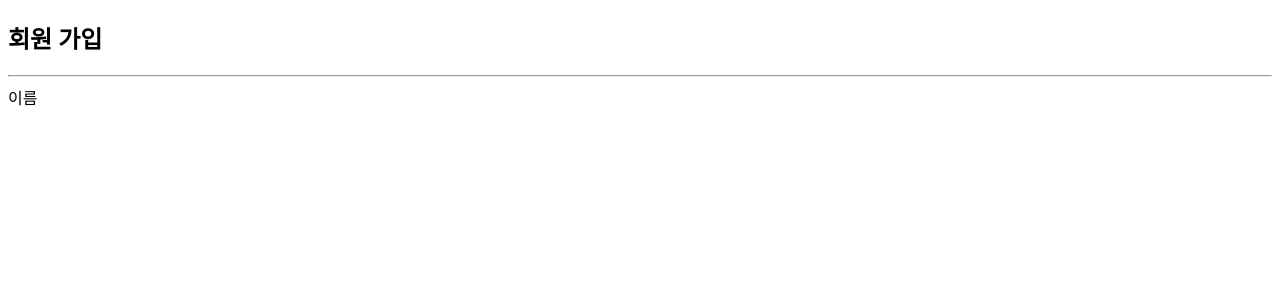
Repository: ineble/sql
Page: http://localhost/text/01/text1.jsp
These files come from the project's save history. The page is drawn as it stood at one moment and after the next save; the edit follows.
The browser window is 1280 px wide. The pictures show the whole page.
The page is served by Tomcat 9.

Above is the page before, as saved 2022-07-15 07:35:23.

After the next save:
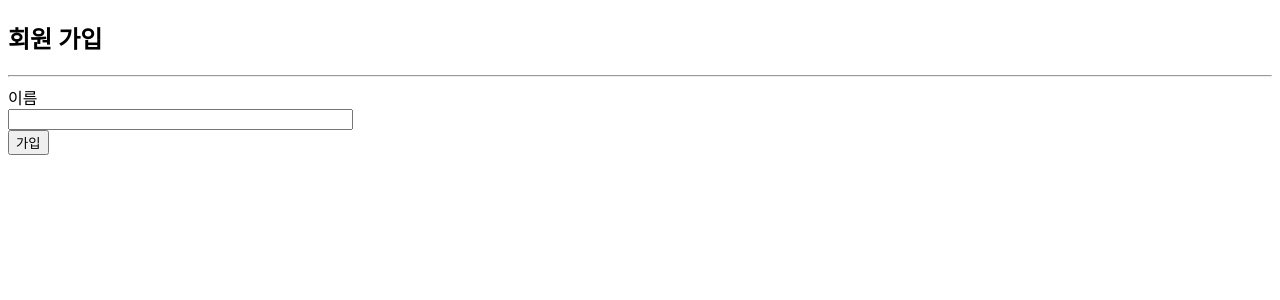
Saved 4 min 21 s later.
--- a/text/src/main/webapp/01/text1.jsp
+++ b/text/src/main/webapp/01/text1.jsp
@@ -15,9 +15,18 @@
 	<div id="regform">
 		<form name="form1">
 			<label>이름</label><br>
-
+			<input type="text" name="email" size="40"><br>
+			<button type="button" onclick="signUp()">가입</button>
 		</form>
 	</div>
-
+	<div id="result" class="result">
+	<h3>가입 정보</h3>
+	<hr>
+	이름 : <span id="rname"></span><br>
+	이메일 : <span id="remail"></span><br>
+	</div>
+	<script >
+		document.getElementById("result").style.display = "none";
+	</script>
 </body>
 </html>
